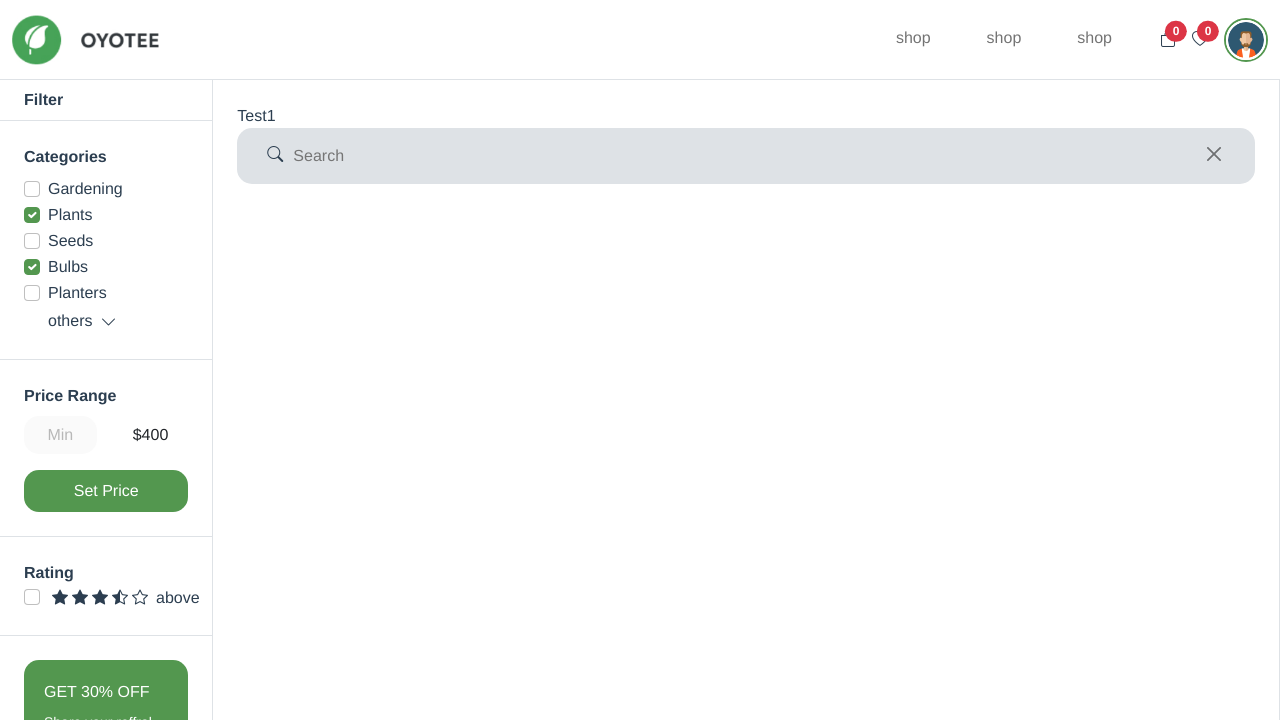
Repository: arpitaWebD/PlantShopping
Page: /
An editor plug-in stored every save of this project. The page is shown before and after the next save, followed by the edit.
The browser window is 1280 px wide. The pictures show the whole page.
Some web libraries are served in a nearby version. The project was rebuilt for these pictures with package versions that can differ from the ones it lists, and the page was loaded fresh each time. Also part of the build but not shown: src/components/Product.vue, src/components/ProductPreview.vue, src/components/Login.vue, src/views/AddToCart.vue, src/views/WishList.vue.

Above is the page before, as saved 2022-01-24 14:20:54.

After the next save:
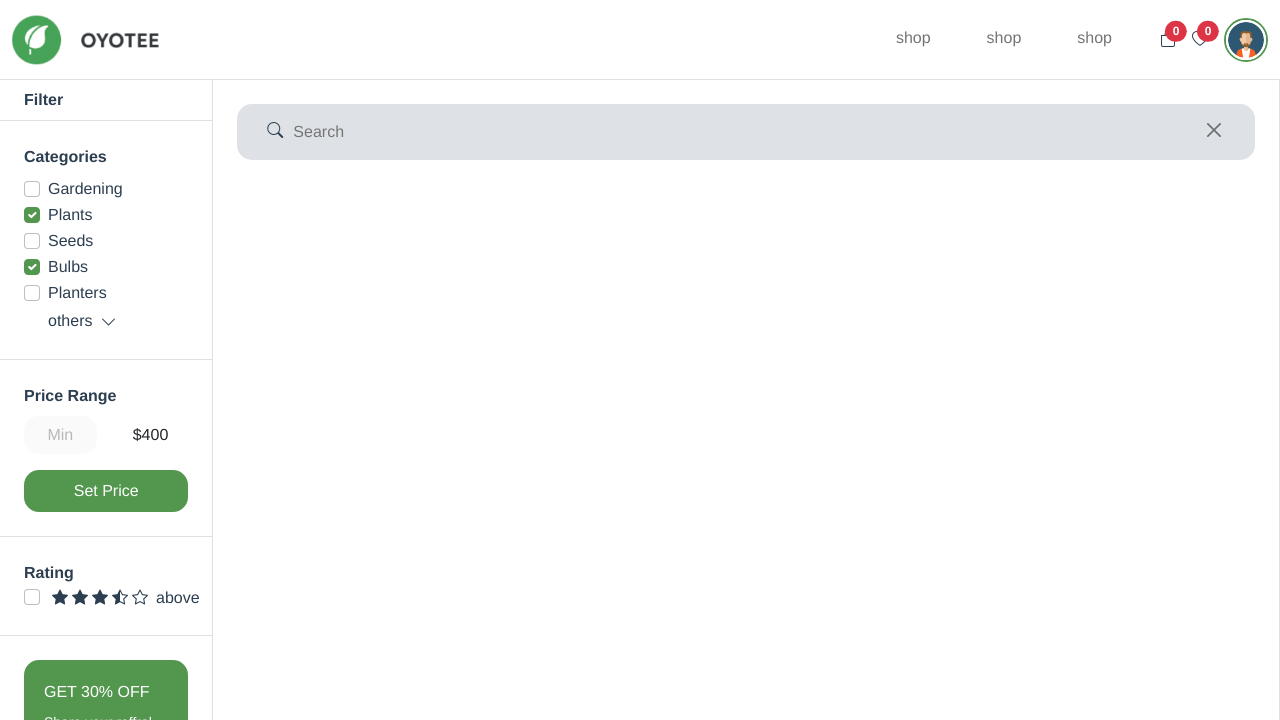
Saved 18 s later.
--- a/src/components/Search.vue
+++ b/src/components/Search.vue
@@ -1,7 +1,4 @@
 <template>
-  <div class="text">Test1</div>
-  {{ color }}
-  <!-- This works -->
   <div class="search-menu mb-2">
     <div class="d-flex search-icon" :class="{ 'search-icon-round': modal }">
       <span class="me-2"><i class="bi bi-search"></i></span>
